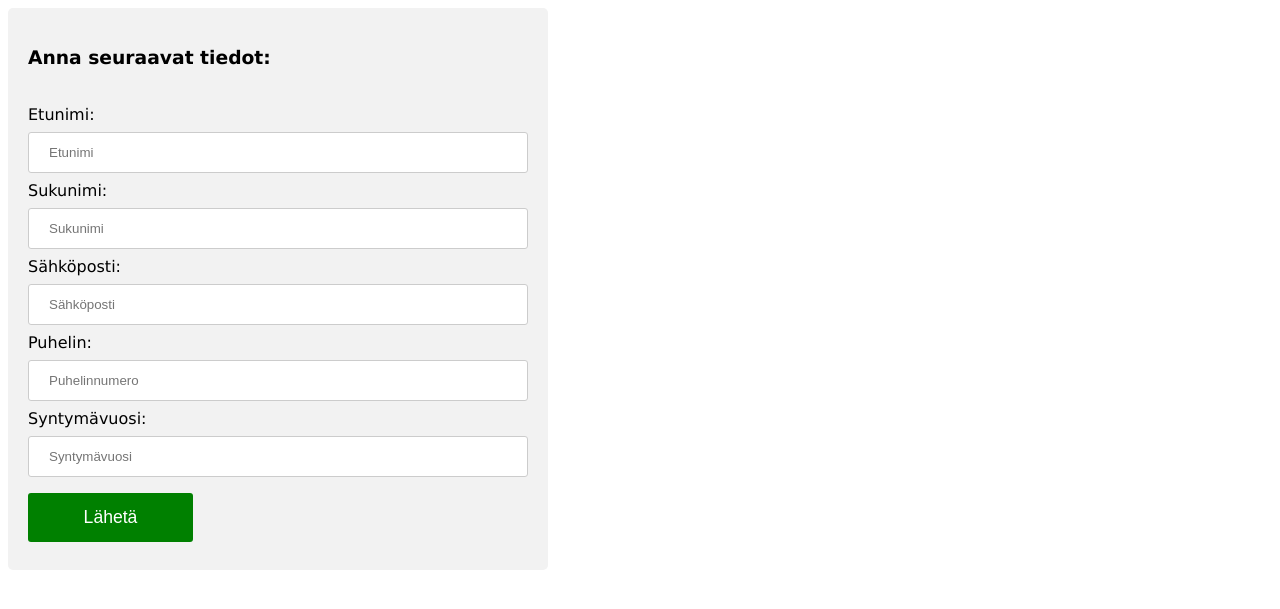
Repository: er-12/tehtava6
Page: http://localhost/t3/kysy.jsp
The author's editor kept a copy of each file at every save. The page is drawn from the files as they stood at one save, then again after the next save.
The browser window is 1280 px wide. The pictures show the whole page.
The page is served by Tomcat 9.

Above is the page before, as saved 2021-04-17 11:25:17.

### t3/WebContent/kysy.jsp
<%@ page language="java" contentType="text/html; charset=UTF-8"
    pageEncoding="UTF-8"%>
<!DOCTYPE html>
<html>
<style>
input[type=text] {
  width: 100%;
  padding: 12px 20px;
  margin: 8px 0;
  display: inline-block;
  border: 1px solid #ccc;
  border-radius: 3px;
  box-sizing: border-box;
}

input[type=submit] {
  width: 33%;
  text-align: center;
  background-color: green;
  color: white;
  padding: 14px 20px;
  margin: 8px 0;
  border: none;
  border-radius: 3px;
  font-size: 110%;
}
div {
  border-radius: 5px;
  background-color: #f2f2f2;
  padding: 20px;
  width: 500px;
  font-family: Verdana;
}
</style>
<head>
<meta charset="UTF-8">
<title>Insert title here</title>
</head>
<body>
<div>
<h3>Anna seuraavat tiedot:</h3><br>
<form action="nayta.jsp" method="POST">
	<label for="etunimi">Etunimi:</label><br>
	<input type="text" name="etunimi" placeholder= "Etunimi"><br>
	<label for="fname">Sukunimi:</label><br>
	<input type="text" name="sukunimi" placeholder= "Sukunimi"><br>
	<label for="fname">Sähköposti:</label><br>
	<input type="text" name="sposti" placeholder= "Sähköposti"><br>
	<label for="fname">Puhelin:</label><br>
	<input type="text" name="puhelin" placeholder= "Puhelinnumero"><br>
	<label for="fname">Syntymävuosi:</label><br>
	<input type="text" name="vuosi" placeholder= "Syntymävuosi"><br>
	<input type="submit" value="Lähetä">
</form>
</div>
</body>
</html>
<!-- 2)	Tee sivulle kysy.jsp lomake, jossa pyydät käyttäjltä seuraavat tiedot:
a.	Etunimi
b.	Sukunimi
c.	Sähköposti
d.	Puhelin
e.	Syntymävuosi
 -->

After the next save:
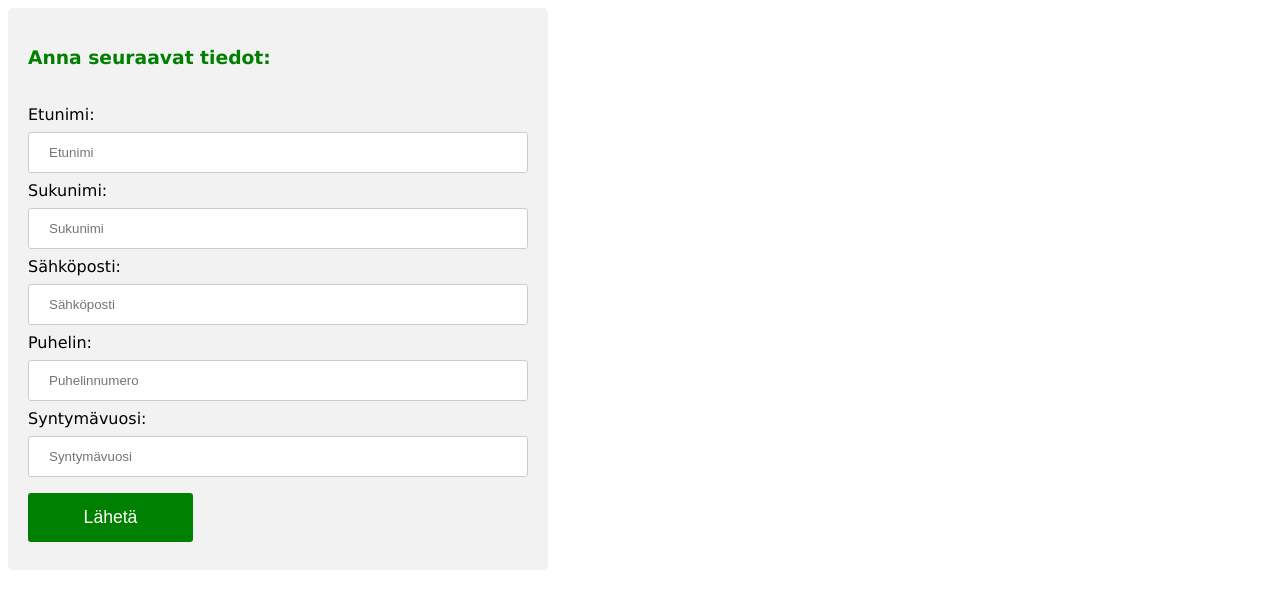
Saved 102 s later.
--- a/t3/WebContent/kysy.jsp
+++ b/t3/WebContent/kysy.jsp
@@ -31,6 +31,9 @@ div {
   width: 500px;
   font-family: Verdana;
 }
+h3 {
+  color: green;
+}
 </style>
 <head>
 <meta charset="UTF-8">
